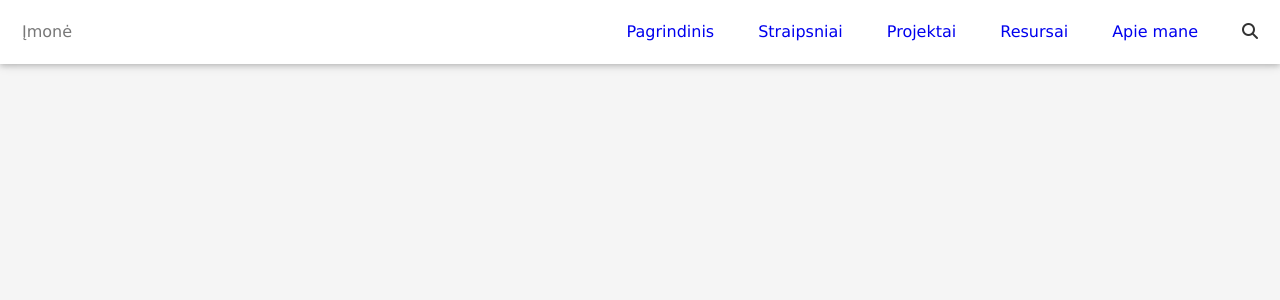
Repository: motiejus1/14-paskaita-05.31
Page: index.html
The author's editor kept a copy of each file at every save. The page is drawn from the files as they stood at one save, then again after a run of saves.
The browser window is 1280 px wide. The pictures show the whole page.
Some web libraries are served in a nearby version.

Above is the page before, as saved 2021-06-23 19:00:43.

After the next 2 saves:
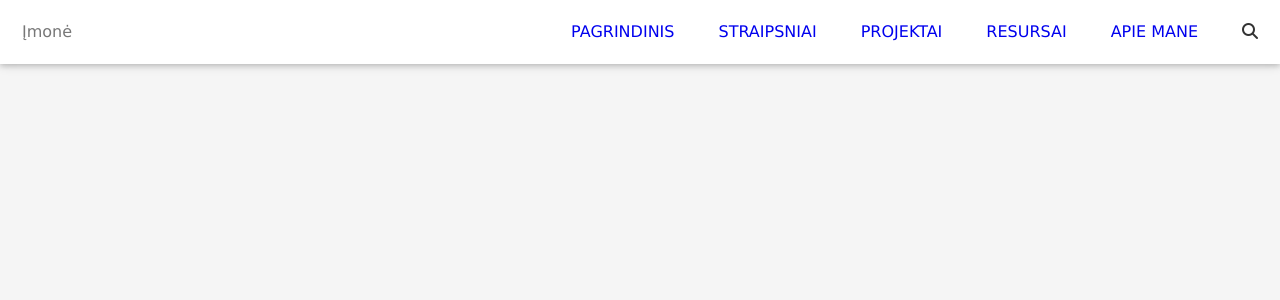
The 2 saves are shown as one change because they came seconds apart.
The last was saved 6 s later.
--- a/index.html
+++ b/index.html
@@ -64,7 +64,7 @@
             line-height: 4rem;
             padding-left: 1.375rem;
             padding-right: 1.375rem;
-            text-
+            text-transform: uppercase;
         }
 
 
